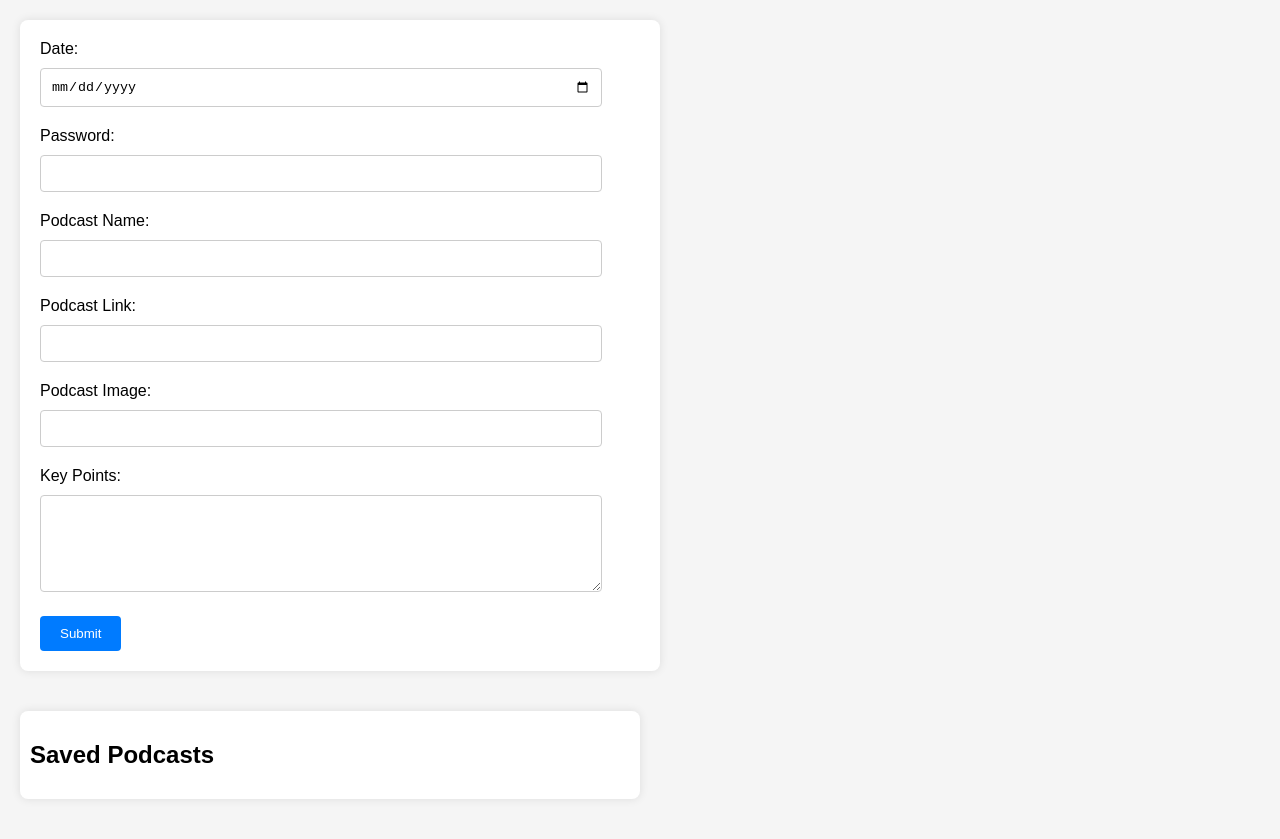
Repository: fechinmitchell/thedailyonepercent
Page: form.html
The author's editor kept a copy of each file at every save. The page is drawn from the files as they stood at one save, then again after the next save.
The browser window is 1280 px wide. The pictures show the whole page.

Above is the page before, as saved 2023-06-25 22:29:30.

### form.html
<!DOCTYPE html>
<html>
<head>
  <link rel="stylesheet" type="text/css" href="popup.css">
</head>
<body>
  <div id="podcast-form-wrapper">
    <form id="podcast-form">
      <label for="date">Date:</label>
      <input type="date" id="date" name="date" required>

      <label for="password">Password:</label>
      <input type="password" id="password" name="password" required>

      <label for="podcastName">Podcast Name:</label>
      <input type="text" id="podcastName" name="podcastName" required>

      <label for="podcastLink">Podcast Link:</label>
      <input type="text" id="podcastLink" name="podcastLink" required>

      <label for="podcastImage">Podcast Image:</label>
      <input type="text" id="podcastImage" name="podcastImage" required>

      <label for="keyPoints">Key Points:</label>
      <textarea id="keyPoints" name="keyPoints" rows="5" required></textarea>

      <button type="button" id="submit">Submit</button>
    </form>
  </div>
  <div id="podcast-list">
    <h2>Saved Podcasts</h2>
    <ul id="podcast-list-items">
      <!-- Podcast items will be appended here -->
    </ul>
  </div>
  <script src="form.js"></script>
</body>
</html>

### popup.css
body {
  background-color: #f5f5f5;
  font-family: Arial, sans-serif;
  display: flex;
  justify-content: center; /* Center items horizontally */
  align-items: flex-start; /* Align items at the start */
  margin: 0;
  flex-direction: column; /* arrange items vertically */
  padding: 20px; /* add some padding around the whole body */
  overflow: auto; /* allow scrolling on the whole body if needed */
}

#header {
  display: flex;
  justify-content: center;
  align-items: center;
  margin-bottom: 20px;
}

#header-image {
  margin-right: 10px;
}

#podcast-form-wrapper, #podcast-list {
  background-color: white;
  padding: 20px;
  border-radius: 8px;
  box-shadow: 0px 0px 10px rgba(0,0,0,0.1);
  width: 80%;
  max-width: 600px;
  margin-bottom: 20px; /* add some space between the form and the list */
}

#podcast-form label {
  display: block;
  margin-bottom: 10px;
}

#podcast-form input,
#podcast-form textarea {
  width: 90%;
  padding: 10px;
  margin-bottom: 20px;
  border-radius: 4px;
  border: 1px solid #ccc;
}

#podcast-form button {
  background-color: #007BFF;
  color: white;
  border: none;
  border-radius: 4px;
  padding: 10px 20px;
  cursor: pointer;
}

#podcast-form button:hover {
  background-color: #0056b3;
}

#logo {
  width: 50px; /* Adjust this to change the size of the logo */
}

#podcast-list {
  margin-top: 20px;
  padding: 10px;
  height: auto; /* Adjust this to change the height of the podcast list */
  overflow-y: auto; /* Enable vertical scrolling for the podcast list */
}

#podcast-list-items li {
  margin-bottom: 10px;
}

.delete-btn {
  margin-left: 10px;
  color: red;
  cursor: pointer;
}

/* New additions */

#content-wrapper {
  width: 550px;
  display: flex;
  flex-direction: column;
  align-items: center;
  justify-content: space-between;
}

#podcast-card {
  width: 100%;
  height: 60px;
  display: flex;
  flex-direction: column;
  align-items: center;
  justify-content: space-between;
}

#logo {
  width: 100px;
  height: auto;
}

### form.js
function loadPodcasts() {
    var podcastList = document.getElementById('podcast-list-items');
    podcastList.innerHTML = '';  // clear the list

    // load all saved podcasts from local storage
    for (var i = 0; i < localStorage.length; i++) {
      var key = localStorage.key(i);
      var podcast = JSON.parse(localStorage.getItem(key));

      var li = document.createElement('li');
      li.innerText = key + ': ' + podcast.name + ' (' + podcast.link + ')';

      var deleteBtn = document.createElement('span');
      deleteBtn.className = 'delete-btn';
      deleteBtn.innerHTML = '&#10006;'; // X symbol
      deleteBtn.addEventListener('click', deletePodcast.bind(null, key));

      li.appendChild(deleteBtn);
      podcastList.appendChild(li);
    }
  }

  function deletePodcast(key) {
    localStorage.removeItem(key);
    loadPodcasts(); // Reload the podcast list to reflect the deletion
  }

  document.getElementById('submit').addEventListener('click', function() {
    var password = document.getElementById('password').value;

    if (password === '12345') {
      var date = document.getElementById('date').value;
      var newPodcastName = document.getElementById('podcastName').value;
      var newPodcastLink = document.getElementById('podcastLink').value;
      var newPodcastImage = document.getElementById('podcastImage').value;
      var keyPoints = document.getElementById('keyPoints').value;

      var podcast = {
        name: newPodcastName,
        link: newPodcastLink,
        image: newPodcastImage,
        keyPoints: keyPoints
      };

      // Use the date as the key instead of the current day of the month
      localStorage.setItem(date, JSON.stringify(podcast));
      alert("Podcast info saved for " + date + "!");

      // Reload the podcast list to include the new podcast
      loadPodcasts();
    } else {
      alert("Invalid password!");
    }
  });

  // Load the saved podcasts when the page is opened
  loadPodcasts();

After the next save:
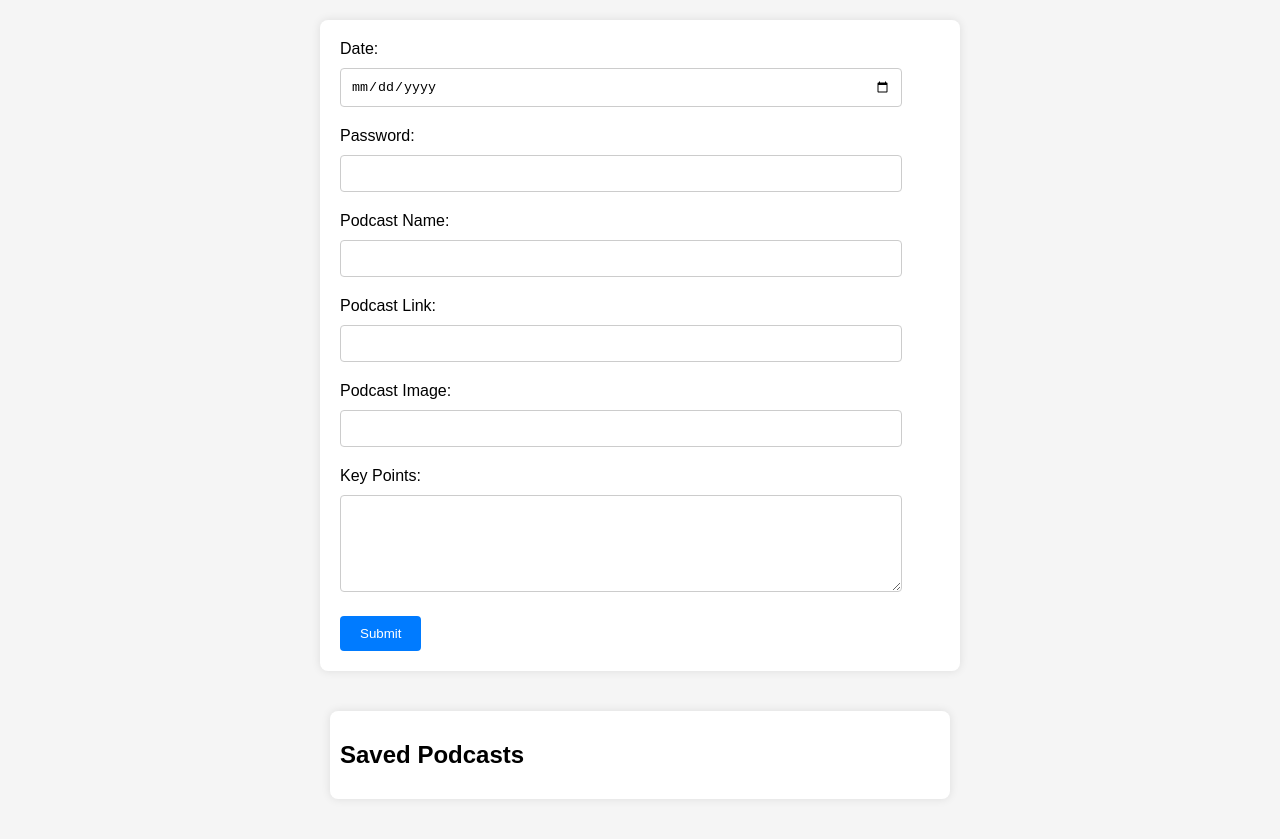
Saved 27 s later.
--- a/popup.css
+++ b/popup.css
@@ -3,11 +3,11 @@ body {
   font-family: Arial, sans-serif;
   display: flex;
   justify-content: center; /* Center items horizontally */
-  align-items: flex-start; /* Align items at the start */
+  align-items: center; /* Center items vertically */
   margin: 0;
-  flex-direction: column; /* arrange items vertically */
-  padding: 20px; /* add some padding around the whole body */
-  overflow: auto; /* allow scrolling on the whole body if needed */
+  flex-direction: column; /* Arrange items vertically */
+  padding: 20px; /* Add some padding around the whole body */
+  overflow: auto; /* Allow scrolling on the whole body if needed */
 }
 
 #header {
